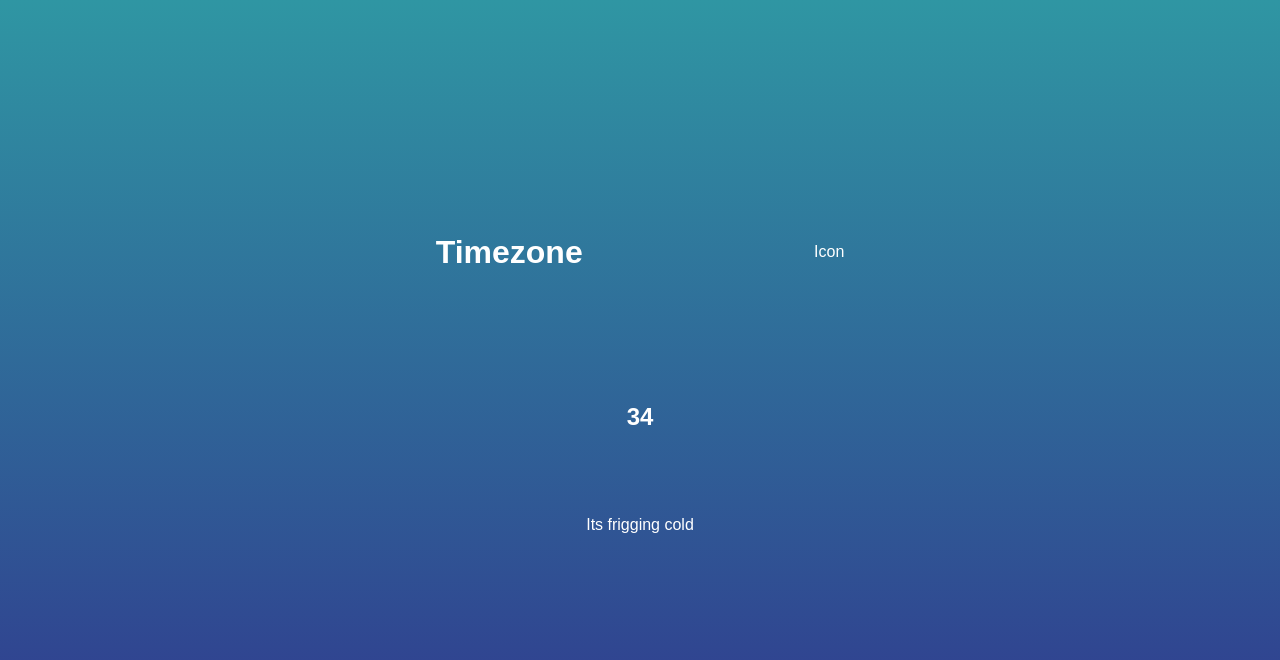
Repository: iphyokafor/weather-app
Page: index.html
The author's editor kept a copy of each file at every save. The page is drawn from the files as they stood at one save, then again after the next save.
The browser window is 1280 px wide. The pictures show the whole page.

Above is the page before, as saved 2020-01-21 11:16:23.

After the next save:
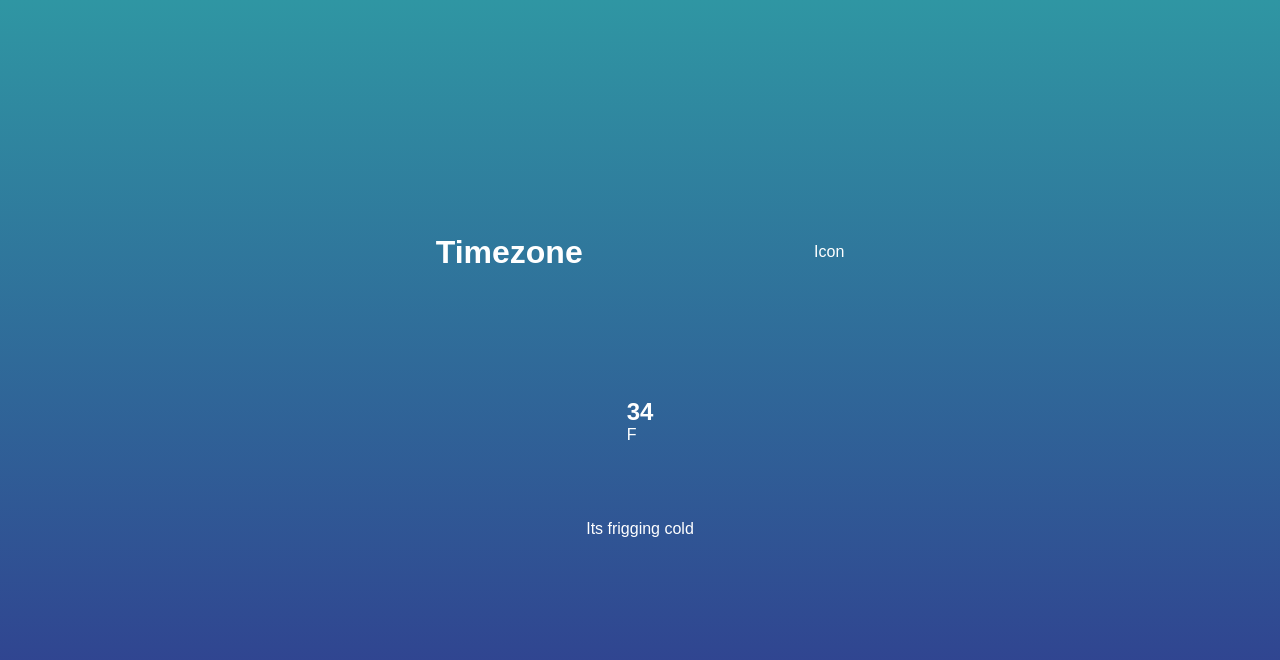
Saved 67 s later.
--- a/index.html
+++ b/index.html
@@ -15,7 +15,10 @@
         <p>Icon</p>
     </div>
     <div class="temperature">
-        <h2 class="temperature-degree">34</h2>
+        <div class="degree-section">
+            <h2 class="temperature-degree">34</h2>
+            <span>F</span>
+        </div>
         <div class="temperature-description">Its frigging cold</div>
     </div>
     <script src="./app.js"></script>
